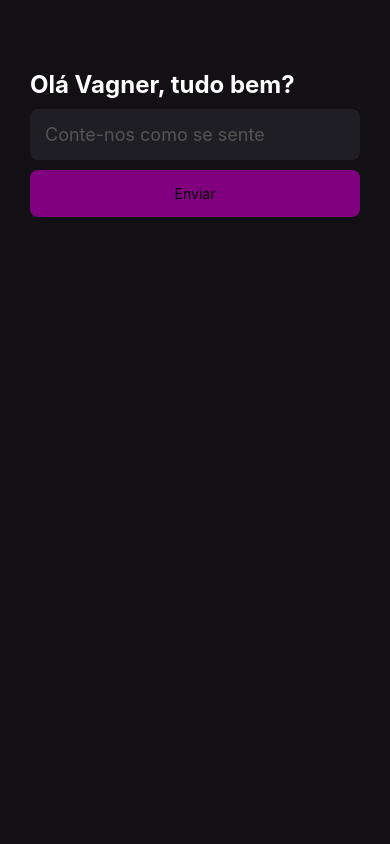
Repository: vagnereix/01-myskills-trilha-react-native
Screen: /
The author's editor kept a copy of each file at every save. The screen is drawn from the files as they stood at one save, then again after the next save.
The app was drawn by React Native's web renderer in a window 390 px wide. The project was rebuilt for these pictures with package versions that can differ from the ones it lists, and the page was loaded fresh each time.

Above is the screen before, as saved 2021-06-17 17:30:28.

### App.tsx
import React from 'react';

import { Home } from './pages/home';

export default function App() {
  return (
    <Home />
  );
};

### pages/home.tsx
import React from 'react';
import {
    View,
    Text,
    StyleSheet,
    TextInput,
    Platform,
    TouchableOpacity
} from 'react-native';

export function Home() {
    return (
      <View style={styles.container}>
        <Text style={styles.title}>Olá Vagner, tudo bem?</Text>

        <TextInput
            style={styles.input}
            placeholder="Conte-nos como se sente"
            placeholderTextColor="#555"
        />

        <TouchableOpacity style={styles.touch}>
            <Text>Enviar</Text>
        </TouchableOpacity>
      </View>
    );
}

const styles = StyleSheet.create({
  container: {
    flex: 1,
    paddingHorizontal: 30,
    paddingVertical: 70,
    backgroundColor: '#121015',
  },
  title: {
    color: '#fff',
    fontWeight: 'bold',
    fontSize: 24,
    marginBottom: 10,
  },
  input: {
    borderRadius: 8,
    backgroundColor: '#1f1e25',
    fontSize: 18,
    padding: Platform.OS == 'android' ? 10 : 15,
  },
  touch: {
    backgroundColor: 'purple',
    marginTop: 10,
    padding: 15,
    borderRadius: 8,
    alignItems: 'center'
  }
});

After the next save:
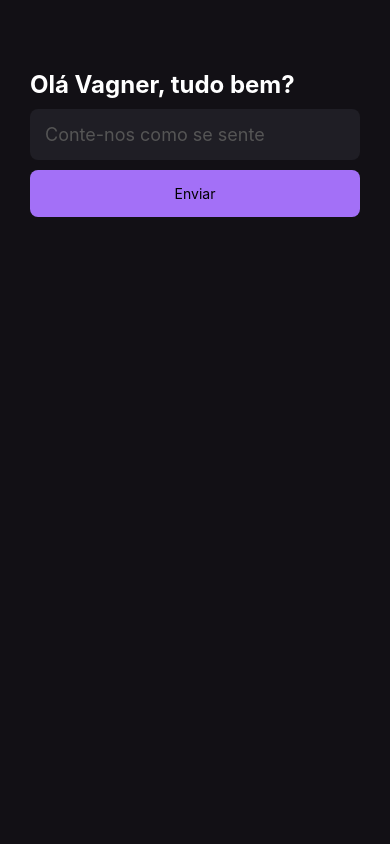
Saved 20 s later.
--- a/pages/home.tsx
+++ b/pages/home.tsx
@@ -46,7 +46,7 @@ const styles = StyleSheet.create({
     padding: Platform.OS == 'android' ? 10 : 15,
   },
   touch: {
-    backgroundColor: 'purple',
+    backgroundColor: '#a370f7',
     marginTop: 10,
     padding: 15,
     borderRadius: 8,
